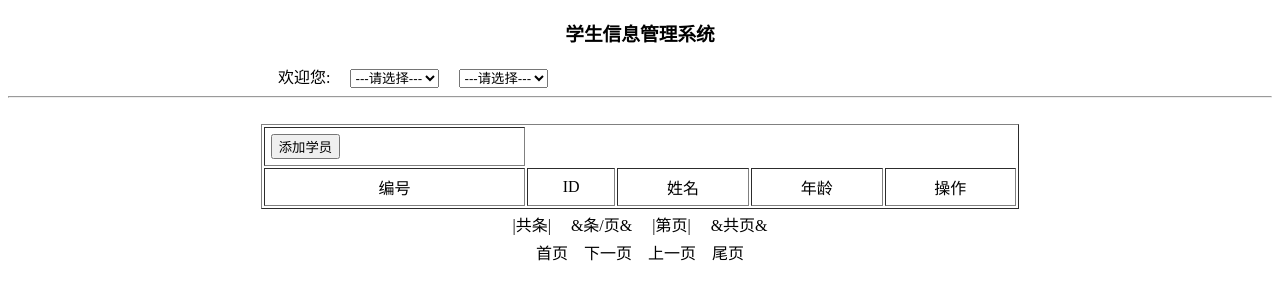
Repository: DataBoxWx/mvc_servlet_3
Page: http://localhost/crud_1/ajax/studentlist.jsp
An editor plug-in stored every save of this project. The page is shown before and after the next save, followed by the edit.
The browser window is 1280 px wide. The pictures show the whole page.
The page is served by Tomcat 9. Other server files are loaded and not shown.

Above is the page before, as saved 2018-05-08 12:03:52.
Console error: SyntaxError: Unexpected token ')'

### crud_1/WebContent/ajax/studentlist.jsp
<%@ page language="java" contentType="text/html; charset=UTF-8"
    pageEncoding="UTF-8"%>
<%
	String basePath = request.getScheme() + "://" + request.getServerName() + ":" + 	request.getServerPort() + request.getContextPath() + "/";
%>
<!DOCTYPE html PUBLIC "-//W3C//DTD HTML 4.01 Transitional//EN" "http://www.w3.org/TR/html4/loose.dtd">
<html>
<head>
<base href="<%=basePath%>">
<meta http-equiv="Content-Type" content="text/html; charset=UTF-8">
<script type="text/javascript" src="js/jquery-1.8.3.min.js"></script>
<title>Insert title here</title>
<style type="text/css">
	td{
		text-align: center
	}
</style>
<script type="text/javascript">


	$(function(){
		var total = 0;//总数
		var pageCount = 0;//每页数量
		var pageNu = 0;//当前页
		var pageSize = 0;//最大页数
		/* page();
		function page(){
			$.post(
				"controller/list.do",
				function(data){
					$(data.slist).each(function(i){
						$("#tbody").append("<tr><td>"+i+"</td><td>"+this.id
								+"</td><td>"+this.name+"</td><td>"+this.age
								+"</td><td><a href='jsp/studentedit.jsp?id="+this.id
								+"'>编辑</a>||<a href='controller/delete.do?id="+this.id
								+"'>删除</a></td></tr>");
					})
				},
				"json"
			)
		} */

		$("#addBtn").click(function(){
			location.href="jsp/studentadd.jsp";
		});
		pageList();
		function pageList(){
			$("#tbody").html("");
			$.post(
				"controller/list.do",
				{"pageNu":pageNu},
				function(data){
					alert(data);
					/* $(data.slist).each(function(i){
						$("#tbody").append("<tr><td>"+i+"</td><td>"+this.id
								+"</td><td>"+this.name+"</td><td>"+this.age
								+"</td><td><a href='jsp/studentedit.jsp?id="+this.id
								+"'>编辑</a>||<a href='controller/delete.do?id="+this.id
								+"'>删除</a></td></tr>");
					}) */
				},
				"json"
			)
		$("#firstPage").click(function(){
			if(pageNo==1){
				return false;
			}else{
				pageNu=1;
				pageList();
			}
		});
		$("#nextPage").click(function(){
			if(pageNo==pageSize){
				return false
			}else{
				pageNu += 1;
				pageList();
			}
		});
		$("#previousPage").click(function(){
			if(pageNo==1){
				return false;
			}else{
				pageNu -= 1;
				pageList();
			}
		})
		$("#lastPage").click(function(){
			if(pageNu == pageSize){
				return false;
			}else{
				pageNu = pageSize;
				pageList();
			}
		})

	});
</script>
</head>
<body>
	<h3 align="center">学生信息管理系统</h3>
	<span style="margin-left: 270px" >欢迎您:${username}&nbsp;&nbsp;&nbsp;&nbsp;
		<select id="pid">
			<option>---请选择---</option>
		</select>&nbsp;&nbsp;&nbsp;&nbsp;
		<select id="cid">
			<option>---请选择---</option>
		</select>
	</span><br/>
	<hr/><br>
	<table align="center" border="1" cellpadding="6" width="60%">
		<thead>
			<tr>
				<td style="text-align: left">
					<button id="addBtn">添加学员</button>&nbsp;&nbsp;
				</td>
			</tr>
			<tr>
				<td>编号</td>
				<td>ID</td>
				<td>姓名</td>
				<td>年龄</td>
				<td>操作</td>
			</tr>
		</thead>
		<tbody id="tbody">

		</tbody>
	</table>
	<table align="center" border="0">
			<tr>
				<td>
					|共<span id="total"></span>条|&nbsp;&nbsp;&nbsp;&nbsp;
					&<span id="pageCount"></span>条/页&&nbsp;&nbsp;&nbsp;&nbsp;
					|第<span id="pageNu"></span>页|&nbsp;&nbsp;&nbsp;&nbsp;
					&共<span id="pageSize"></span>页&


				</td>
			</tr>
			<tr>
				<td>
					<a id="firstPage">首页</a>&nbsp;&nbsp;&nbsp;
					<a id="nextPage">下一页</a>&nbsp;&nbsp;&nbsp;
					<a id="previousPage">上一页</a>&nbsp;&nbsp;&nbsp;
					<a id="lastPage">尾页</a>
				</td>
			</tr>
	</table>
</body>
</html>

Loaded but not shown: crud_1/WebContent/js/jquery-1.8.3.min.js (library)

After the next save:
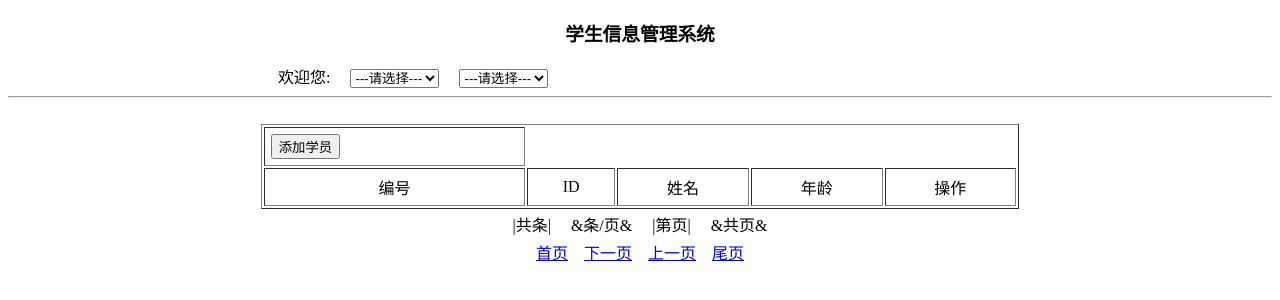
Saved 5 min 3 s later.
--- a/crud_1/WebContent/ajax/studentlist.jsp
+++ b/crud_1/WebContent/ajax/studentlist.jsp
@@ -16,8 +16,6 @@
 	}
 </style>
 <script type="text/javascript">
-
-
 	$(function(){
 		var total = 0;//总数
 		var pageCount = 0;//每页数量
@@ -140,10 +138,10 @@
 			</tr>
 			<tr>
 				<td>
-					<a id="firstPage">首页</a>&nbsp;&nbsp;&nbsp;
-					<a id="nextPage">下一页</a>&nbsp;&nbsp;&nbsp;
-					<a id="previousPage">上一页</a>&nbsp;&nbsp;&nbsp;
-					<a id="lastPage">尾页</a>
+					<a id="firstPage" href="javascript:void(0)">首页</a>&nbsp;&nbsp;&nbsp;
+					<a id="nextPage" href="javascript:void(0)">下一页</a>&nbsp;&nbsp;&nbsp;
+					<a id="previousPage" href="javascript:void(0)">上一页</a>&nbsp;&nbsp;&nbsp;
+					<a id="lastPage" href="javascript:void(0)">尾页</a>
 				</td>
 			</tr>
 	</table>
